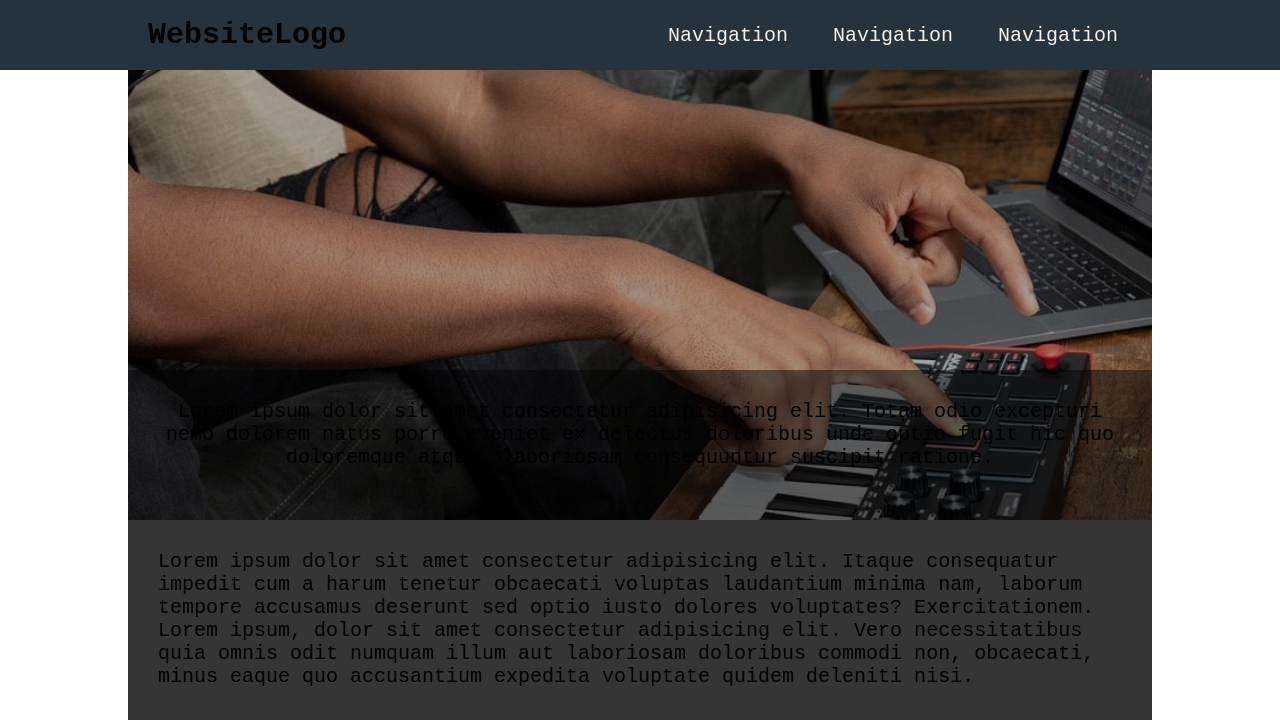
Repository: piotrokrutniak/Projekt-Studia
Page: index.html
An editor plug-in stored every save of this project. The page is shown before and after the next save, followed by the edit.
The browser window is 1280 px wide. The pictures show the whole page.

Above is the page before, as saved 2023-03-04 14:18:40.

After the next save:
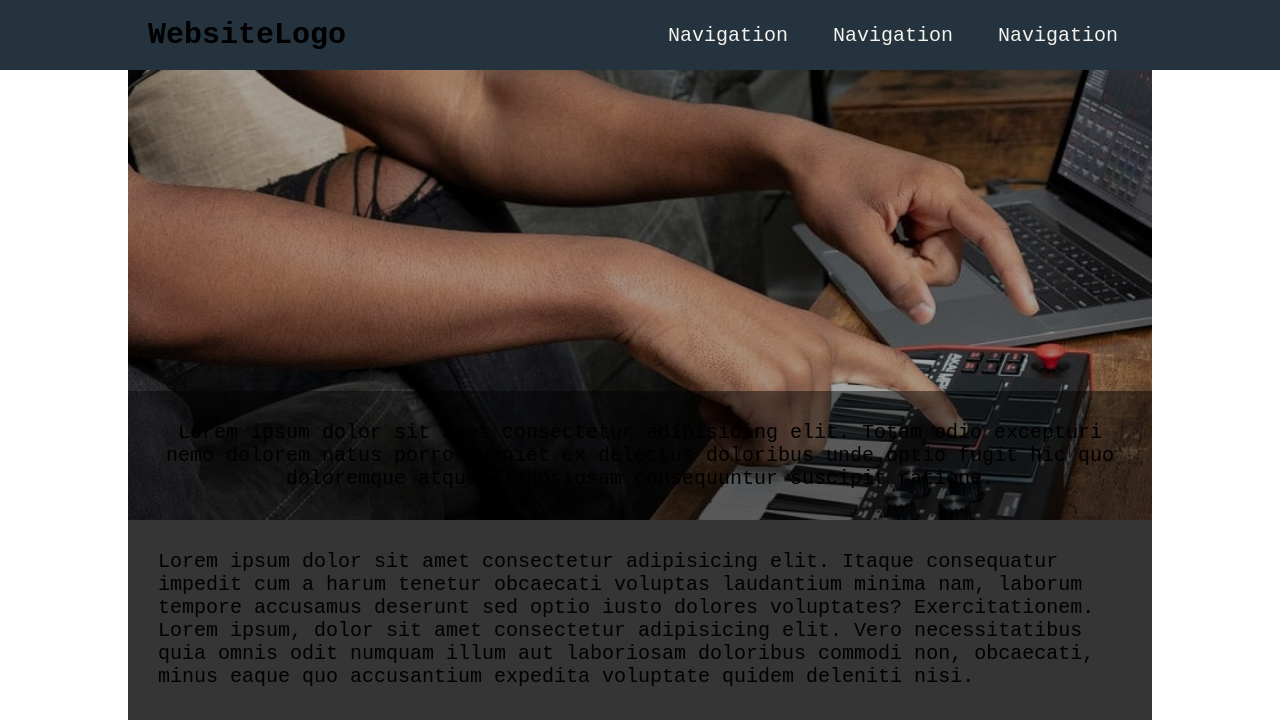
Saved 14 s later.
--- a/styles.css
+++ b/styles.css
@@ -142,7 +142,7 @@ a{
     width: calc(100% - 60px);
     max-width: 100%;
     background: rgba(0, 0, 0, 0.459);
-    height: 20%;
+    max-height: 20%;
     min-height: 50px;
     max-width: 1024px;
     min-width: 328px;
